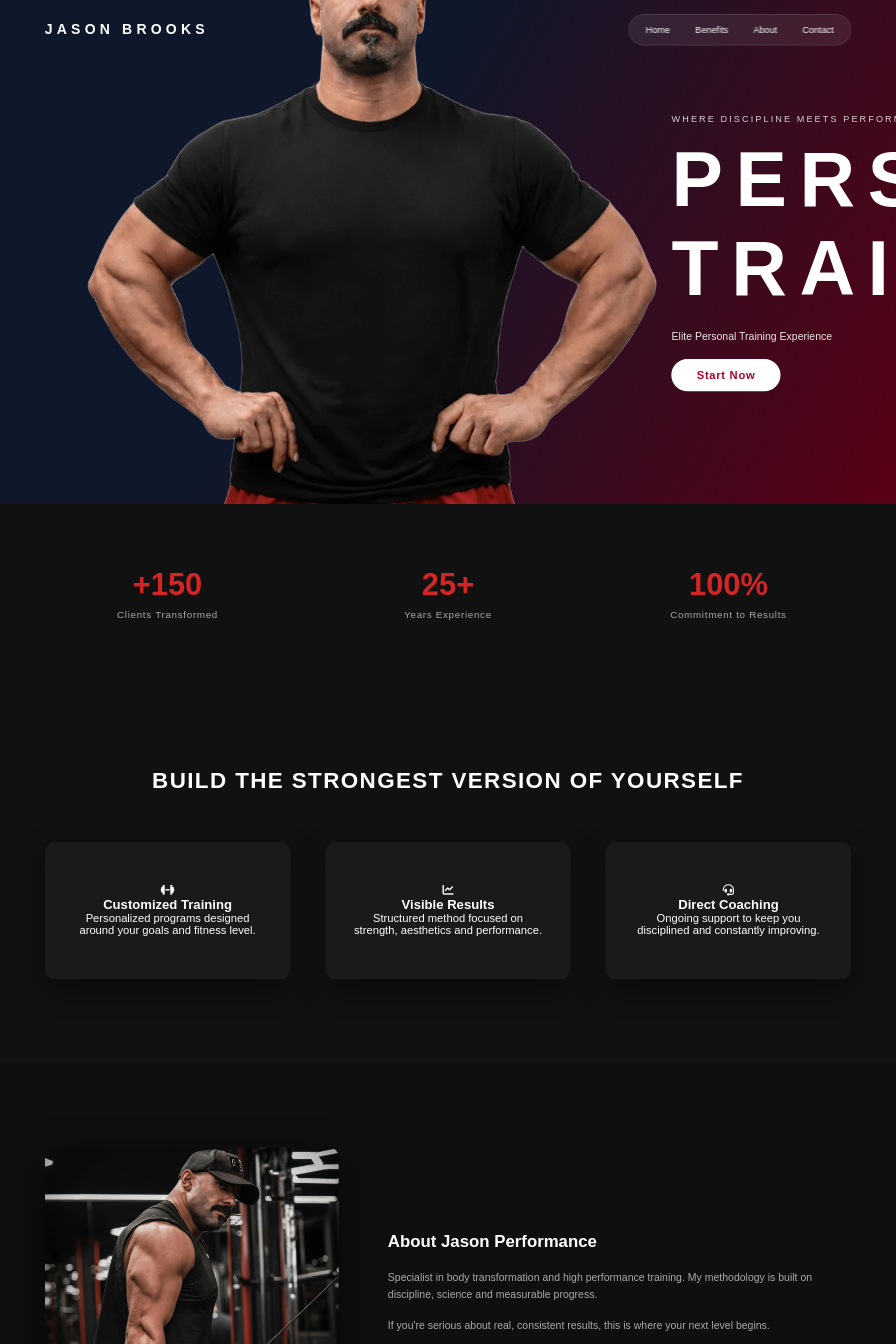
Repository: davidfsillva/Jason-Brooks
Page: index.html
An editor plug-in stored every save of this project. The page is shown before and after the next save, followed by the edit.
The browser window is 1280 px wide. The pictures show the part of the page from y = 0 to 1920 px (the page is 3042 px tall), at 70% of full size.
Some web fonts or font styles are not loaded; a fallback is used.

Above is the page before, as saved 2026-02-20 22:51:11.

### index.html
<!DOCTYPE html>
<html lang="en">
<head>
    <!-- META SEO -->
    <meta charset="UTF-8">
    <meta name="viewport" content="width=device-width, initial-scale=1.0">

    <title>Axon Performance | Personal Trainer</title>
    <meta name="description" content="Personal trainer focused on performance, aesthetics and real physical transformation. Customized training programs for serious results.">

    <!-- Open Graph -->
    <meta property="og:title" content="Axon Performance | Personal Trainer">
    <meta property="og:description" content="Customized training programs focused on performance and transformation.">
    <meta property="og:type" content="website">
    <meta property="og:image" content="https://yourdomain.com/preview.jpg">

    <!-- Font Awesome (removido duplicado) -->
    <link rel="stylesheet" href="https://cdnjs.cloudflare.com/ajax/libs/font-awesome/6.5.1/css/all.min.css">

    <!-- Canonical -->
    <link rel="canonical" href="https://yourdomain.com/">

    <!-- CSS -->
    <link rel="stylesheet" href="style.css">

    <!-- JS -->
    <script src="script.js" defer></script>
</head>

<body>

    <!-- ================= HEADER ================= -->
    <header class="header">
        <div class="container nav-container">
            <div class="logo">JASON BROOKS </div>

            <nav class="nav" id="nav">
                <a href="#home" class="active">Home</a>
                <a href="#benefits">Benefits</a>
                <a href="#about">About</a>
                <a href="#contact">Contact</a>
            </nav>

            <button
                class="menu-toggle"
                id="menu-toggle"
                aria-label="Toggle navigation menu"
                aria-expanded="false">

                <span class="hamburger">
                    <span></span>
                    <span></span>
                    <span></span>
                </span>

            </button>
        </div>
    </header>

    <!-- ================= HERO ================= -->
    <section class="hero">

        <div class="hero-image-side">
            <img src="img/hero.webp" alt="Personal Trainer">
        </div>

        <div class="hero-content">
            <p class="hero-small">Where Discipline Meets Performance</p>
            <h1>PERSONAL<br>TRAINER</h1>
            <p class="hero-sub">Elite Personal Training Experience</p>
            <a href="#" class="btn-primary">Start Now</a>
        </div>

    </section>

    <!-- ================= STATS ================= -->
    <section class="stats">
        <div class="container stats-grid">
            <div class="stat-item">
                <h3>+150</h3>
                <p>Clients Transformed</p>
            </div>
            <div class="stat-item">
                <h3>25+</h3>
                <p>Years Experience</p>
            </div>
            <div class="stat-item">
                <h3>100%</h3>
                <p>Commitment to Results</p>
            </div>
        </div>
    </section>

    <!-- ================= BENEFITS ================= -->
    <section class="benefits" id="benefits">
        <div class="container">
            <h2 class="section-title fade-in">Build the Strongest Version of Yourself</h2>

            <div class="benefits-grid">

                <div class="benefit-card fade-in">
                    <i class="fa-solid fa-dumbbell"></i>
                    <h3>Customized Training</h3>
                    <p>Personalized programs designed around your goals and fitness level.</p>
                </div>

                <div class="benefit-card fade-in">
                    <i class="fa-solid fa-chart-line"></i>
                    <h3>Visible Results</h3>
                    <p>Structured method focused on strength, aesthetics and performance.</p>
                </div>

                <div class="benefit-card fade-in">
                    <i class="fa-solid fa-headset"></i>
                    <h3>Direct Coaching</h3>
                    <p>Ongoing support to keep you disciplined and constantly improving.</p>
                </div>

            </div>
        </div>
    </section>

    <!-- ================= ABOUT ================= -->
    <section class="about" id="about">
        <div class="container about-container fade-in">

            <div class="about-image">
                <img src="img/hero2.webp" alt="Professional personal trainer coaching client">
            </div>

            <div class="about-text">
                <h2>About Jason Performance</h2>
                <p>
                    Specialist in body transformation and high performance training.
                    My methodology is built on discipline, science and measurable progress.
                </p>
                <p>
                    If you're serious about real, consistent results,
                    this is where your next level begins.
                </p>
                <a href="#contact" class="btn-secondary">Work With Me</a>
            </div>

        </div>
    </section>

    <!-- ================= CTA ================= -->
    <section class="cta" id="contact">
        <div class="container fade-in">
            <h2>Ready to Elevate Your Performance?</h2>
            <p>Fill out the form below and start your transformation today.</p>

            <form id="contact-form" class="contact-form" novalidate>
                <input
                    type="text"
                    id="name"
                    placeholder="Your Name"
                    required
                    aria-label="Your Name">

                <input
                    type="email"
                    id="email"
                    placeholder="Your Email"
                    required
                    aria-label="Your Email">

                <button type="submit" class="btn-primary">
                    Start Now
                </button>

                <p id="form-message" role="alert"></p>
            </form>
        </div>
    </section>

    <!-- ================= FOOTER ================= -->
    <footer class="footer">
        <p>© 2026 Jason Brooks - All Rights Reserved</p>
    </footer>

</body>
</html>

### style.css
/* ================= FONT ================= */
@font-face {
    font-family: 'TT Answer';
    src: url('fonts/TTAnswer-Regular.woff2') format('woff2');
    font-weight: 400;
    font-style: normal;
}

@font-face {
    font-family: 'TT Answer';
    src: url('fonts/TTAnswer-Medium.woff2') format('woff2');
    font-weight: 500;
    font-style: normal;
}

@font-face {
    font-family: 'TT Answer';
    src: url('fonts/TTAnswer-Bold.woff2') format('woff2');
    font-weight: 700;
    font-style: normal;
}


/* ================= DESIGN SYSTEM ================= */
:root {
    --primary: #b0002a;
    --primary-light: #d32525;
    --dark: #0f0f0f;
    --dark-light: #1a1a1a;
    --text: #ffffff;
    --text-muted: #aaaaaa;
    --radius: 14px;
    --transition: 0.3s ease;
}


/* ================= RESET ================= */
* {
    margin: 0;
    padding: 0;
    box-sizing: border-box;
}

body {
    font-family: 'Playfair Display', sans-serif;
    background: var(--dark);
    color: var(--text);
    scroll-behavior: smooth;
    -webkit-font-smoothing: antialiased;

}

.container {
    width: 90%;
    max-width: 1200px;
    margin: auto;
}


/* ================= HEADER ================= */
header {
    position: fixed;
    top: 0;
    left: 0;
    width: 100%;
    padding: 20px 0;
    background: transparent;
    z-index: 10;
    transition: 0.3s ease;

}

.nav-container {
    display: flex;
    justify-content: space-between;
    align-items: center;
}

.logo {
    font-size: 20px;
    font-weight: 700;
    letter-spacing: 6px;
    text-transform: uppercase;
}

/* ================= MENU PILL ================= */
.nav {
    display: flex;
    align-items: center;
    padding: 6px;
    border-radius: 40px;
    background: rgba(255,255,255,0.08);
    backdrop-filter: blur(12px);
    border: 1px solid rgba(255,255,255,0.15);
}

.nav a {
    text-decoration: none;
    color: white;
    font-size: 13px;
    font-weight: 500;
    padding: 8px 18px;
    border-radius: 30px;
    transition: 0.3s ease;
}

.nav a.active {
    background: rgba(255, 255, 255, 0.185);
    color: white;
}

.nav a:hover {
    color: var(--primary-light);
}

.menu-toggle {
    display: none;
    font-size: 26px;
    cursor: pointer;
}

.header.scrolled {
    background: rgba(0,0,0,0.85);
    padding: 15px 0;
}

/* ================= HAMBURGER PREMIUM ================= */

.menu-toggle {
    background: none;
    border: none;
    cursor: pointer;
    display: none;
    z-index: 1100;
}

.hamburger {
    width: 28px;
    height: 20px;
    position: relative;
    display: flex;
    flex-direction: column;
    justify-content: space-between;
    transition: 0.4s ease;
}

.hamburger span {
    height: 2px;
    width: 100%;
    background: var(--text);
    border-radius: 2px;
    transition: 0.4s ease;
    transform-origin: center;
}

/* ================= ANIMAÇÃO ATIVO ================= */

.menu-toggle.active .hamburger {
    transform: rotate(180deg);
}

.menu-toggle.active .hamburger span:nth-child(1) {
    transform: translateY(9px) rotate(45deg);
}

.menu-toggle.active .hamburger span:nth-child(2) {
    opacity: 0;
}

.menu-toggle.active .hamburger span:nth-child(3) {
    transform: translateY(-9px) rotate(-45deg);
}



/* ================= HERO ================= */
.hero {
    height: 100vh;
    display: flex;
    align-items: center;
    justify-content: space-between; /* separa imagem e texto */
    padding: 0 8%;
    position: relative;
    overflow: hidden;
    background: linear-gradient(
        120deg,
        #0f172a 40%,
        #5a0015 100%
    );
}

.hero-overlay {
    position: absolute;
    inset: 0;
    z-index: 1;

    background:
        radial-gradient(
            circle at center,
            rgba(0, 0, 0, 0) 40%,
            rgba(0, 0, 0, 0.6) 100%
        ),
        linear-gradient(
            rgba(120, 0, 30, 0.85),
            rgba(120, 0, 30, 0.85)
        );
}

.hero-content {
    position: relative;
    z-index: 2;
}

.hero-small {
    font-size: 13px;
    letter-spacing: 3px;
    text-transform: uppercase;
    margin-bottom: 15px;
    opacity: 0.8;
}

.hero h1 {
    font-size: 110px;
    letter-spacing: 18px;
    font-weight: 700;
    text-transform: uppercase;
}

.hero-sub {
    margin: 25px 0;
    font-size: 15px;
    font-weight: 400;
    opacity: 0.9;
}


/* ================= BUTTONS ================= */
.btn-primary {
    display: inline-block;
    padding: 14px 36px;
    background: var(--text);
    color: var(--primary);
    text-decoration: none;
    font-weight: 600;
    border-radius: 30px;
    letter-spacing: 1px;
    transition: var(--transition);
}

.btn-primary:hover {
    background: var(--primary-light);
    color: white;
    transform: translateY(-3px);
}

.btn-secondary {
    display: inline-block;
    margin-top: 20px;
    padding: 12px 30px;
    border: 2px solid var(--primary);
    color: var(--primary);
    text-decoration: none;
    border-radius: 30px;
    font-weight: 500;
    transition: var(--transition);
}

.btn-secondary:hover {
    background: var(--primary);
    color: white;
}


/* ================= STATS ================= */
.stats {
    background: #111;
    padding: 90px 0;
    text-align: center;
}

.stats-grid {
    display: grid;
    grid-template-columns: repeat(auto-fit, minmax(200px, 1fr));
    gap: 50px;
}

.stat-item h3 {
    font-size: 44px;
    font-weight: 700;
    color: var(--primary-light);
}

.stat-item p {
    margin-top: 10px;
    font-size: 14px;
    color: var(--text-muted);
    letter-spacing: 1px;
}


/* ================= BENEFITS ================= */
.benefits {
    padding: 120px 0;
    background: #111;
    text-align: center;
}

.section-title {
    margin-bottom: 70px;
    font-size: 32px;
    font-weight: 700;
    letter-spacing: 2px;
    text-transform: uppercase;
}

.benefits-grid {
    display: grid;
    grid-template-columns: repeat(auto-fit, minmax(260px, 1fr));
    gap: 50px;
}

.benefit-card {
    background: var(--dark-light);
    padding: 60px 35px;
    border-radius: var(--radius);
    transition: var(--transition);
    box-shadow: 0 15px 40px rgba(0,0,0,0.4);
}

.benefit-card:hover {
    transform: translateY(-10px);
    background: #222;
}

.icon {
    font-size: 32px;
    color: var(--primary-light);
    margin-bottom: 25px;
    transition: 0.3s ease;
}

.benefit-card:hover .icon {
    transform: scale(1.15);
    color: white;
}


/* ================= ABOUT ================= */
.about {
    padding: 120px 0;
    background: var(--dark);
}

.about-container {
    display: flex;
    gap: 70px;
    align-items: center;
    flex-wrap: wrap;
}

.about-image img {
    width: 100%;
    max-width: 420px;
    border-radius: var(--radius);
    box-shadow: 0 25px 60px rgba(0,0,0,0.6);
}

.about-text {
    flex: 1;
}

.about h2 {
    margin-bottom: 25px;
    font-weight: 700;
}

.about p {
    margin-bottom: 18px;
    line-height: 1.7;
    font-size: 15px;
    color: var(--text-muted);
}


/* ================= CTA PREMIUM ================= */
.cta {
    padding: 140px 0;
    background: radial-gradient(circle at top left, rgba(255,0,80,0.25), transparent 60%),
                linear-gradient(120deg, #5a0015, #b0002a);
    text-align: center;
    position: relative;
}

.cta h2 {
    font-size: 36px;
    margin-bottom: 15px;
    letter-spacing: 2px;
    text-transform: uppercase;
}

.cta p {
    color: rgba(255,255,255,0.8);
    margin-bottom: 40px;
    font-size: 15px;
}

/* Card do formulário */
.contact-form {
    background: rgba(255,255,255,0.06);
    backdrop-filter: blur(18px);
    padding: 45px 35px;
    border-radius: 20px;
    display: flex;
    flex-direction: column;
    gap: 18px;
    max-width: 420px;
    margin: auto;
    box-shadow: 0 30px 60px rgba(0,0,0,0.5);
    border: 1px solid rgba(255,255,255,0.08);
}

/* Inputs */
.contact-form input {
    padding: 16px 20px;
    border-radius: 30px;
    border: 1px solid rgba(255,255,255,0.15);
    background: rgba(0,0,0,0.4);
    color: white;
    font-family: 'TT Answer', sans-serif;
    font-size: 14px;
    transition: 0.3s ease;
}

.contact-form input::placeholder {
    color: rgba(255,255,255,0.5);
}

.contact-form input:focus {
    border-color: var(--primary-light);
    box-shadow: 0 0 0 3px rgba(255,45,85,0.2);
    outline: none;
}

/* Botão */
.contact-form button {
    padding: 15px;
    border-radius: 30px;
    border: none;
    background: white;
    color: var(--primary);
    font-weight: 600;
    letter-spacing: 1px;
    cursor: pointer;
    transition: 0.3s ease;
}

.contact-form button:hover {
    background: var(--primary-light);
    color: white;
    transform: translateY(-3px);
    box-shadow: 0 10px 25px rgba(0,0,0,0.4);
}

/* Mensagem */
#form-message {
    margin-top: 12px;
    font-size: 14px;
    color: #ffffffcc;
}


/* ================= FOOTER ================= */
.footer {
    text-align: center;
    padding: 30px;
    background: #000;
    font-size: 13px;
    letter-spacing: 1px;
    color: var(--text-muted);
}


/* ================= ANIMATION ================= */
.fade-in {
    opacity: 0;
    transform: translateY(30px);
    transition: 0.8s ease;
}

.fade-in.visible {
    opacity: 1;
    transform: translateY(0);
}

section {
    scroll-margin-top: 120px;
}


/* ================= RESPONSIVE ================= */
@media(max-width: 768px) {
    .hero {
        background-size: 109%;
        background-position: center 25%;

    }

    .hero h1 {
        font-size: 60px;
        letter-spacing: 10px;
    }

    .about-container {
        flex-direction: column;
        text-align: center;
    }

    .nav {
        position: absolute;
        top: 80px;
        right: 0;
        background: black;
        flex-direction: column;
        width: 220px;
        padding: 25px;
        display: none;
    }

    .nav.active {
        display: flex;
    }

    .menu-toggle {
        display: block;
    }

    .menu-toggle {
        display: block;
    }
}

### script.js
// ================= MENU MOBILE =================
const toggle = document.getElementById("menu-toggle");
const nav = document.getElementById("nav");
const icon = toggle.querySelector("i");

toggle.addEventListener("click", () => {

    const isActive = nav.classList.toggle("active");

    toggle.classList.toggle("active");
    toggle.setAttribute("aria-expanded", isActive);

    // Troca ícone
    if (isActive) {
        icon.classList.remove("fa-bars");
        icon.classList.add("fa-xmark");
    } else {
        icon.classList.remove("fa-xmark");
        icon.classList.add("fa-bars");
    }
});

// ================= HEADER SCROLL EFFECT =================
const header = document.querySelector(".header");

if (header) {
    window.addEventListener("scroll", () => {
        header.classList.toggle("scrolled", window.scrollY > 50);
    });
}


/*
IMPORTANTE:
Adicione isso no CSS:

.header.scrolled {
    background: rgba(0,0,0,0.85);
    padding: 15px 0;
}
*/


// ================= SCROLL REVEAL =================
const faders = document.querySelectorAll(".fade-in");

if ("IntersectionObserver" in window && faders.length > 0) {

    const appearOptions = {
        threshold: 0.15,
        rootMargin: "0px 0px -50px 0px"
    };

    const appearOnScroll = new IntersectionObserver((entries, observer) => {
        entries.forEach(entry => {

            if (!entry.isIntersecting) return;

            entry.target.classList.add("visible");
            observer.unobserve(entry.target);

        });
    }, appearOptions);

    faders.forEach((el, index) => {
        el.style.transitionDelay = `${index * 0.1}s`;
        appearOnScroll.observe(el);
    });
}


// ================= FORM VALIDATION =================
const form = document.getElementById("contact-form");
const message = document.getElementById("form-message");

if (form && message) {

    form.addEventListener("submit", function(e){
        e.preventDefault();

        const name = document.getElementById("name").value.trim();
        const email = document.getElementById("email").value.trim();

        const emailRegex = /^[^\s@]+@[^\s@]+\.[^\s@]+$/;

        if (name.length < 3) {
            message.textContent = "Please enter a valid name (min. 3 characters).";
            message.style.color = "yellow";
            return;
        }

        if (!emailRegex.test(email)) {
            message.textContent = "Please enter a valid email address.";
            message.style.color = "yellow";
            return;
        }

        message.textContent = "Message sent successfully!";
        message.style.color = "lightgreen";

        form.reset();
    });
}

const sections = document.querySelectorAll("section");
const navLinks = document.querySelectorAll(".nav a");

window.addEventListener("scroll", () => {
  let current = "";

  sections.forEach(section => {
    const sectionTop = section.offsetTop - 150;
    if (scrollY >= sectionTop) {
      current = section.getAttribute("id");
    }
  });

  navLinks.forEach(link => {
    link.classList.remove("active");
    if (link.getAttribute("href") === "#" + current) {
      link.classList.add("active");
    }
  });
});

After the next save:
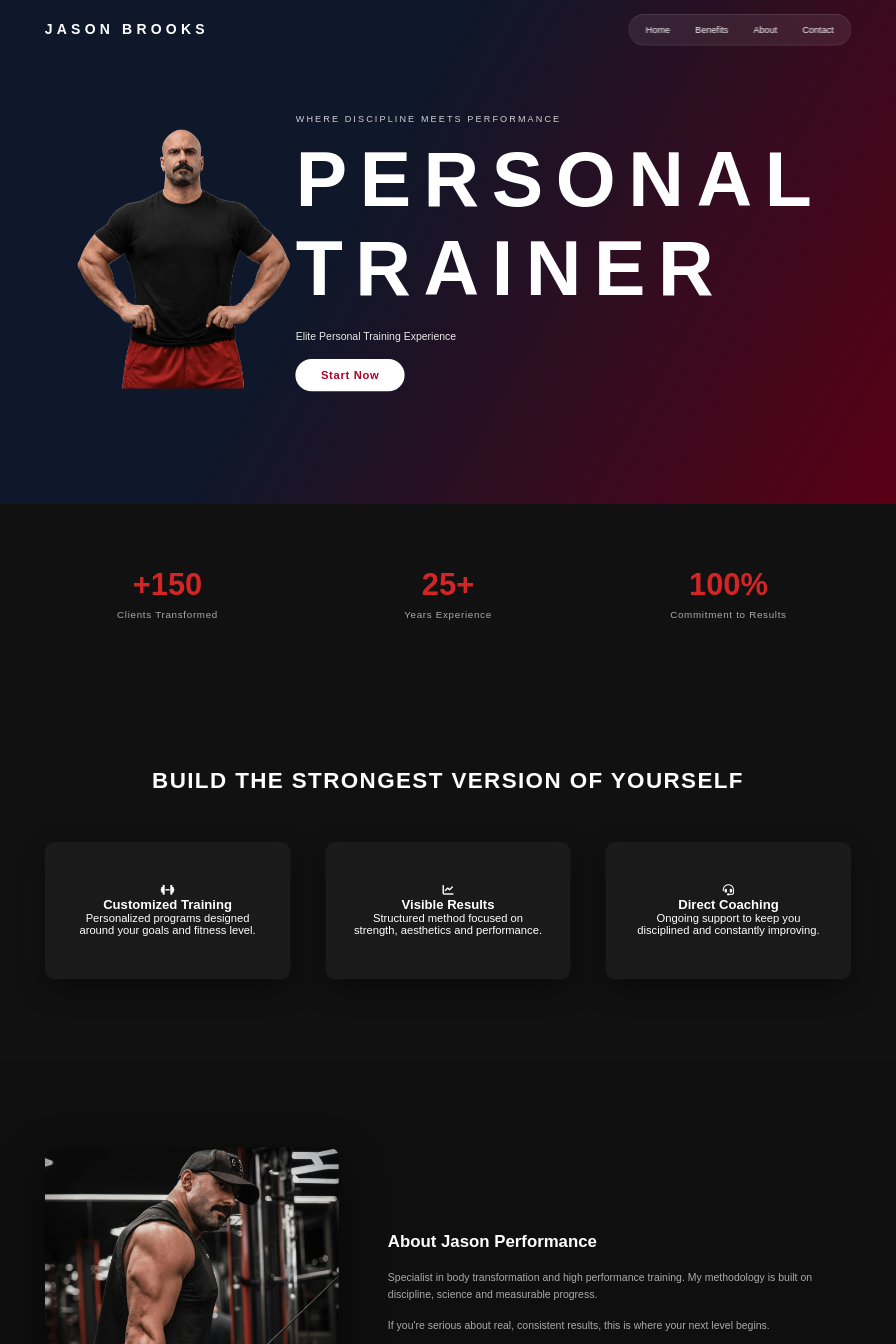
Saved 43 s later.
--- a/style.css
+++ b/style.css
@@ -231,6 +231,18 @@
     font-size: 15px;
     font-weight: 400;
     opacity: 0.9;
+}
+
+.hero-image-side {
+    flex: 1;
+    display: flex;
+    align-items: center;
+}
+
+.hero-image-side img {
+    width: 100%;
+    max-width: 500px;
+    object-fit: contain;
 }
 
 
